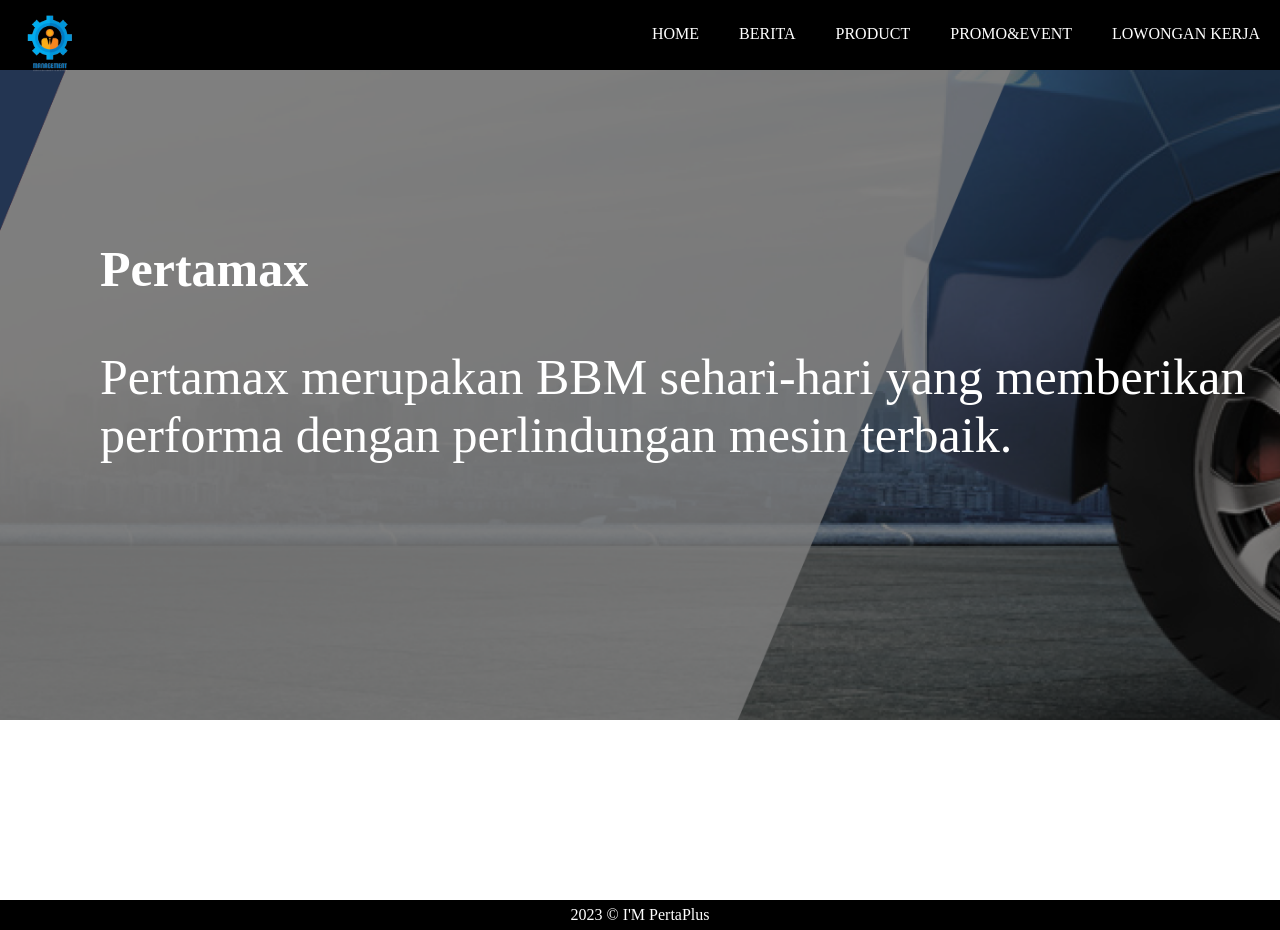
Repository: rizalardi34/project-mypertaplus
Page: pertamax.html
An editor plug-in stored every save of this project. The page is shown before and after a run of saves, followed by the edit.
The browser window is 1280 px wide. The pictures show the whole page.

Above is the page before, as saved 2023-04-25 13:08:53.

After the next 4 saves:
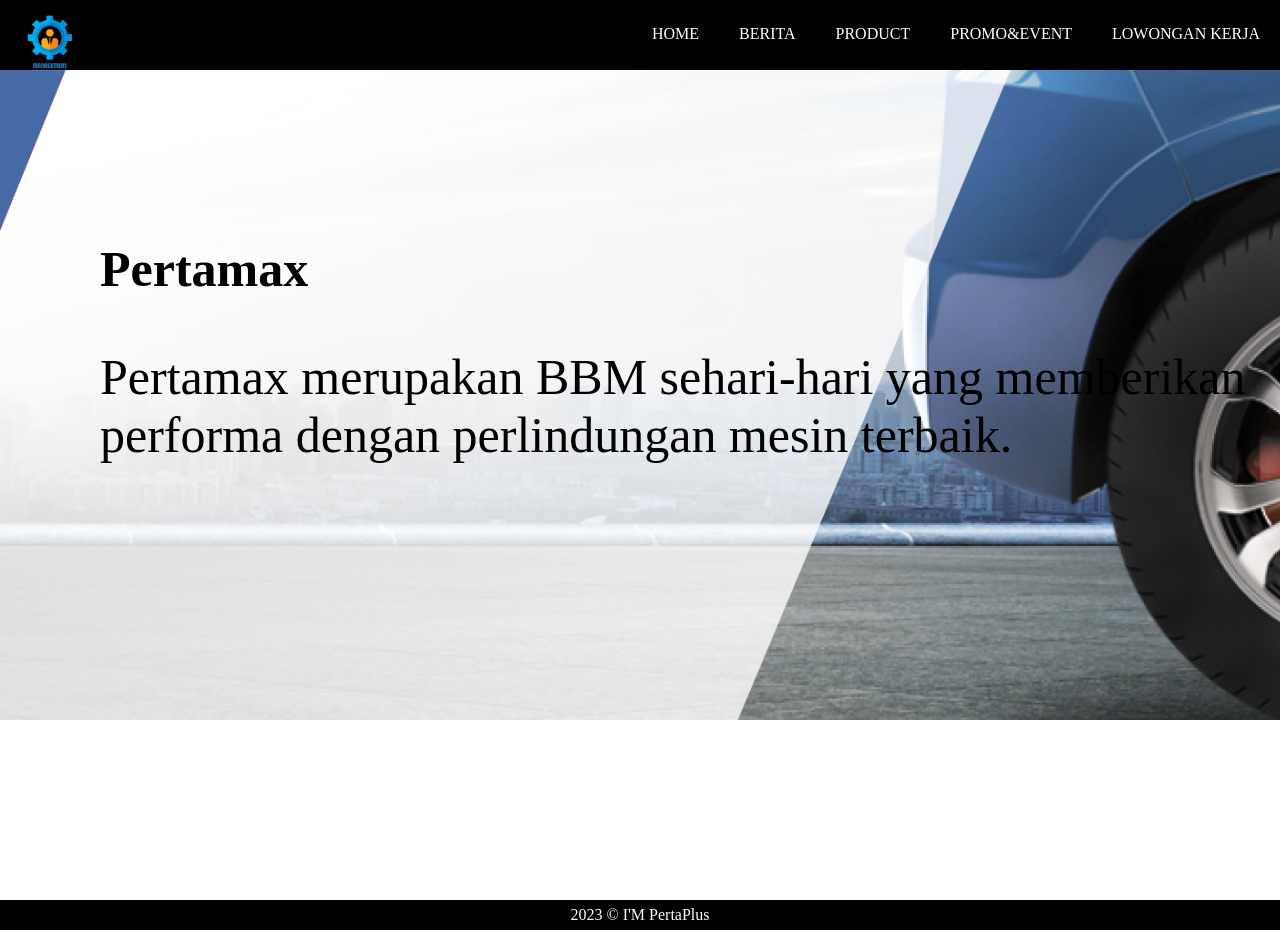
The 4 saves are shown as one change because they came seconds apart.
The last was saved 12 s later.
--- a/pertamax.html
+++ b/pertamax.html
@@ -19,10 +19,10 @@
                 </nav>
             </div>
             <div style="background-image: url(Main.png); background-repeat: no-repeat; background-size: cover; height: 100%;width: 100%; display: flex; justify-content: center; align-items: center;">
-                <div style="background-color:rgb(0, 0, 0,0.5); height: 100%; width: 100%; display: flex; justify-content: start; align-items: center; padding-left: 100px;">
+                <div style=" height: 100%; width: 100%; display: flex; justify-content: start; align-items: center; padding-left: 100px;">
                     <div>
-                        <h1 style=" color: white; font-size: 50px; ">Pertamax</h1>
-                        <p style=" color: white; font-size: 50px; ">Pertamax merupakan BBM sehari-hari yang memberikan performa dengan perlindungan mesin terbaik.</p>
+                        <h1 style=" font-size: 50px; ">Pertamax</h1>
+                        <p style=" font-size: 50px; ">Pertamax merupakan BBM sehari-hari yang memberikan performa dengan perlindungan mesin terbaik.</p>
                     </div>
                 </div>
             </div>
